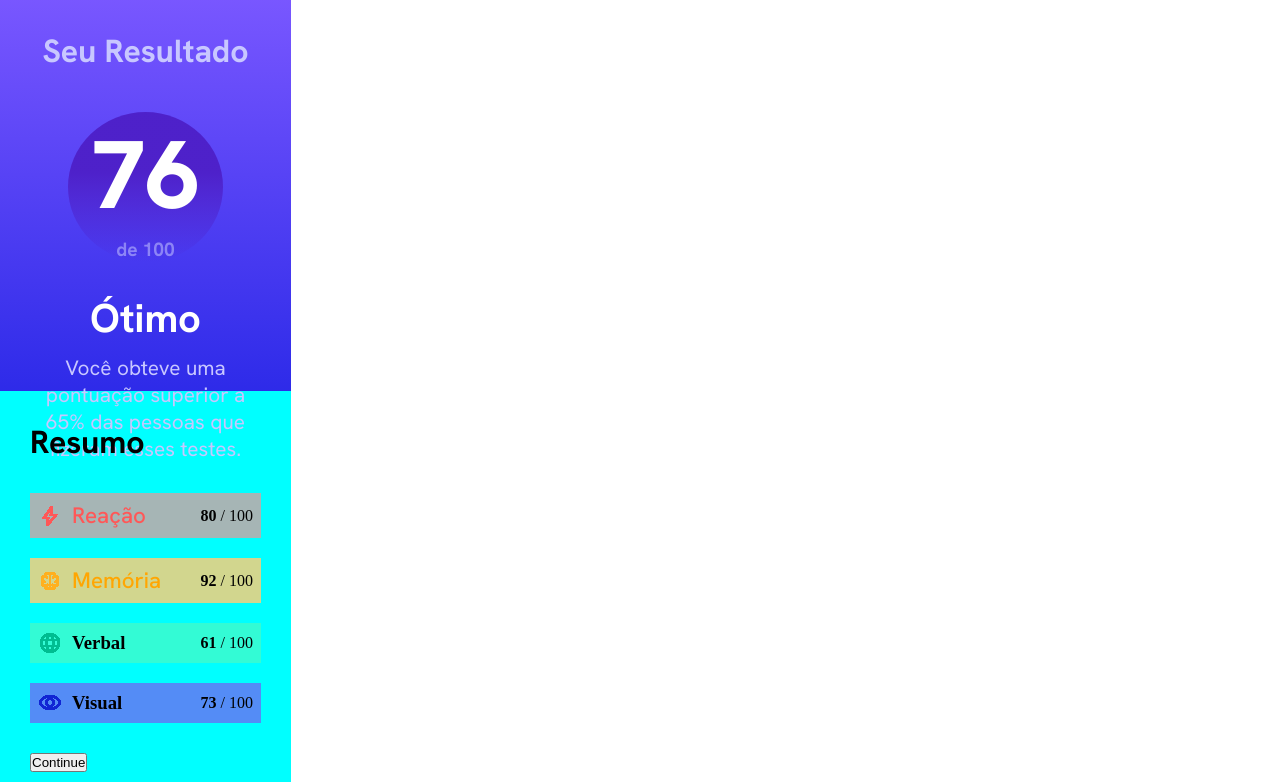
Repository: caique2512/resumo-de-resultados
Page: index.html
An editor plug-in stored every save of this project. The page is shown before and after the next save, followed by the edit.
The browser window is 1280 px wide. The pictures show the whole page.

Above is the page before, as saved 2026-03-13 17:18:49.

After the next save:
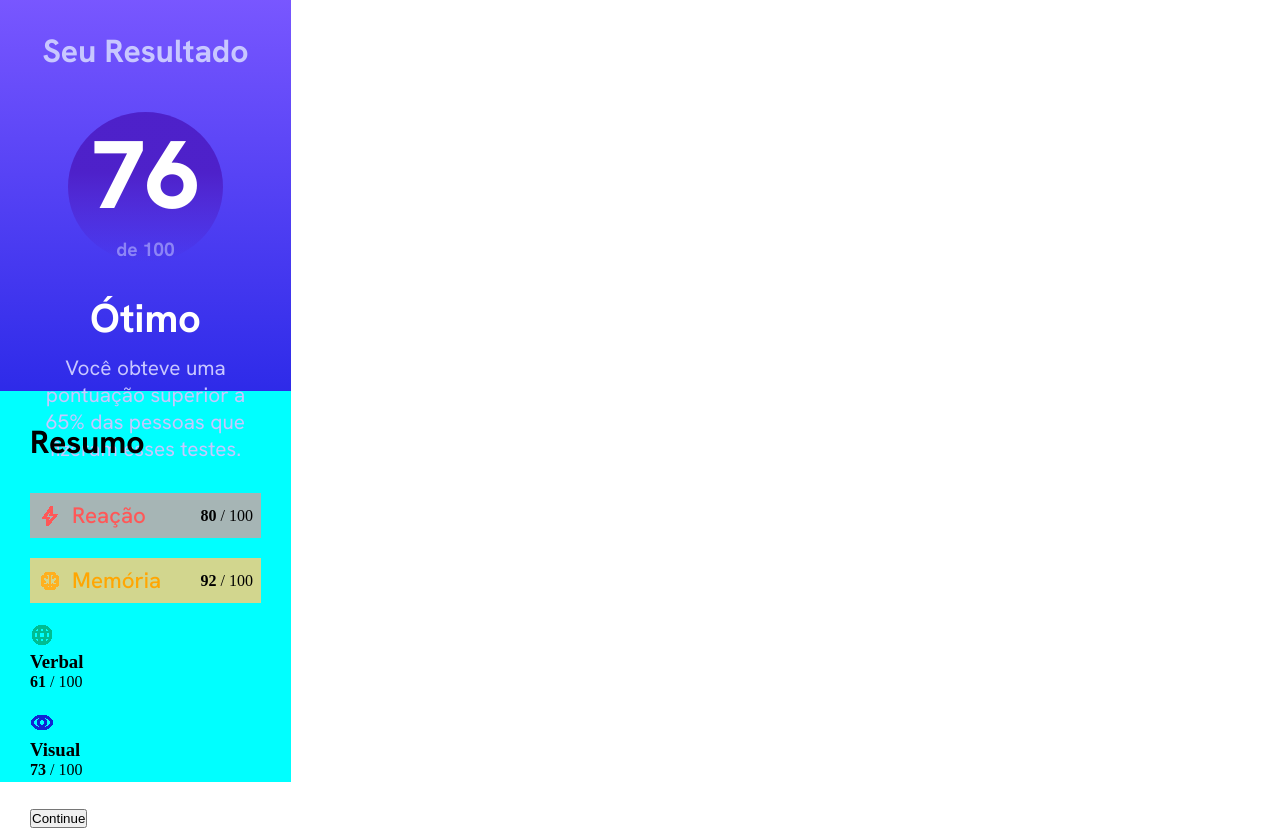
Saved 16 s later.
--- a/src/css/estilos.css
+++ b/src/css/estilos.css
@@ -122,6 +122,12 @@
     padding: 8px;
 }
 
+.resultado .resumo2 h3 {
+    color: #ffa602;
+    font-family: "Hanken Grotesk";
+    font-size: 1.4rem;
+    fon
+
 .resultado .classes .resumo3 div {
     display: flex;
     align-items: center;

After the save that followed:
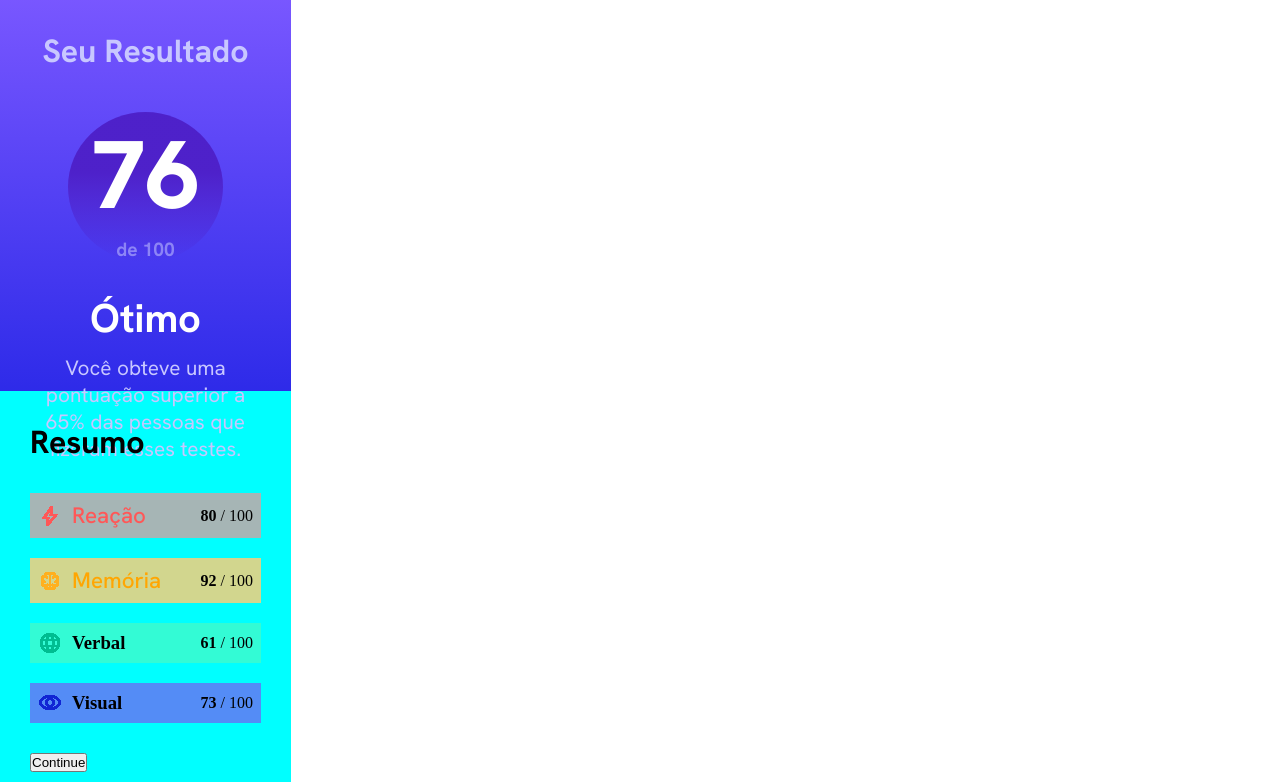
Saved 7 s later.
--- a/src/css/estilos.css
+++ b/src/css/estilos.css
@@ -122,12 +122,6 @@
     padding: 8px;
 }
 
-.resultado .resumo2 h3 {
-    color: #ffa602;
-    font-family: "Hanken Grotesk";
-    font-size: 1.4rem;
-    fon
-
 .resultado .classes .resumo3 div {
     display: flex;
     align-items: center;
